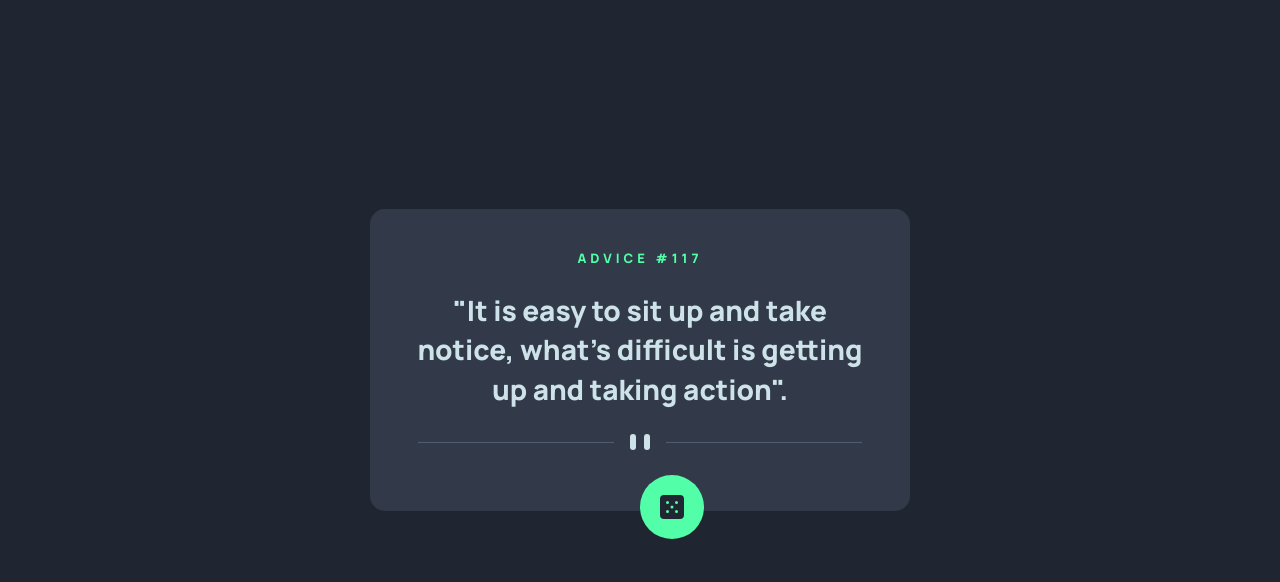
Repository: Daki-builds/advice-generator-app
Page: index.html
These files come from the project's save history. The page is drawn as it stood at one moment and after the next save; the edit follows.
The browser window is 1280 px wide. The pictures show the whole page.

Above is the page before, as saved 2026-10-08 19:50:36.

### index.html
<!DOCTYPE html>
<html lang="en">

<head>
  <meta charset="UTF-8">
  <meta name="viewport" content="width=device-width, initial-scale=1.0">
  <link rel="icon" type="image/png" sizes="32x32" href="./images/favicon-32x32.png">
  <link rel="preconnect" href="https://fonts.googleapis.com">
  <link rel="preconnect" href="https://fonts.gstatic.com" crossorigin>
  <link href="https://fonts.googleapis.com/css2?family=Manrope:wght@800&display=swap" rel="stylesheet">
  <link rel="stylesheet" href="style.css">
  <title>Frontend Mentor | Advice generator app</title>

</head>

<body>
  <main class="container">
    <h1>Advice #<span id="advice-id">117</span></h1>
    <p id="adviceText">"It is easy to sit up and take notice, what's difficult is getting up and taking action".</p>
    <div class="img-divider">
      <img src="./images/pattern-divider-desktop.svg" alt="divider">
    </div>
    <button id="adviceBtn"><img src="./images/icon-dice.svg" alt="dice">
    </button>
  </main>
</body>

</html>

### style.css
* {
  margin: 0;
  padding: 0;
  box-sizing: border-box;
}

:root {
  --blue-200: hsl(193, 38%, 86%);
  --green-300: hsl(150, 100%, 66%);
  --blue-600: hsl(217, 19%, 38%);
  --blue-900: hsl(217, 19%, 24%);
  --blue-950: hsl(218, 23%, 16%);

  --font-family: "Manrope", sans-serif;
  --font-weight: 800;
  --font-size: 28px;
}

body {
  font-family: var(--font-family);
  font-weight: var(--font-weight);
  background-color: var(--blue-950);
  color: var(--blue-200);
  display: flex;
  justify-content: center;
  padding: 24px;
  align-items: center;
  min-height: 100vh;
}

.container {
  position: relative;
  background-color: var(--blue-900);
  display: flex;
  flex-direction: column;
  align-items: center;
  gap: 24px;
  padding: 40px 24px 56px;
  width: 100%;
  max-width: 540px;
  border-radius: 15px;
  text-align: center;
}

h1 {
  font-size: 13px;
  letter-spacing: 4px;
  text-transform: uppercase;
  color: var(--green-300);
}

p {
  font-size: var(--font-size);
  line-height: 1.4;
  width: 96%;
  color: var(--blue-200);
}

.img-divider img {
  width: 100%;
}

button {
  position: absolute;
  bottom: -28px;
  left: 50%;
  /* transform: translateX(-50%); */
  display: flex;
  justify-content: center;
  align-items: center;

  width: 64px;
  height: 64px;
  border: none;
  border-radius: 50%;
  background-color: var(--green-300);
  cursor: pointer;
  transition: background-color 0.2s;
}

button:hover {
  background-color: hsl(150, 100%, 80%);
}

After the next save:
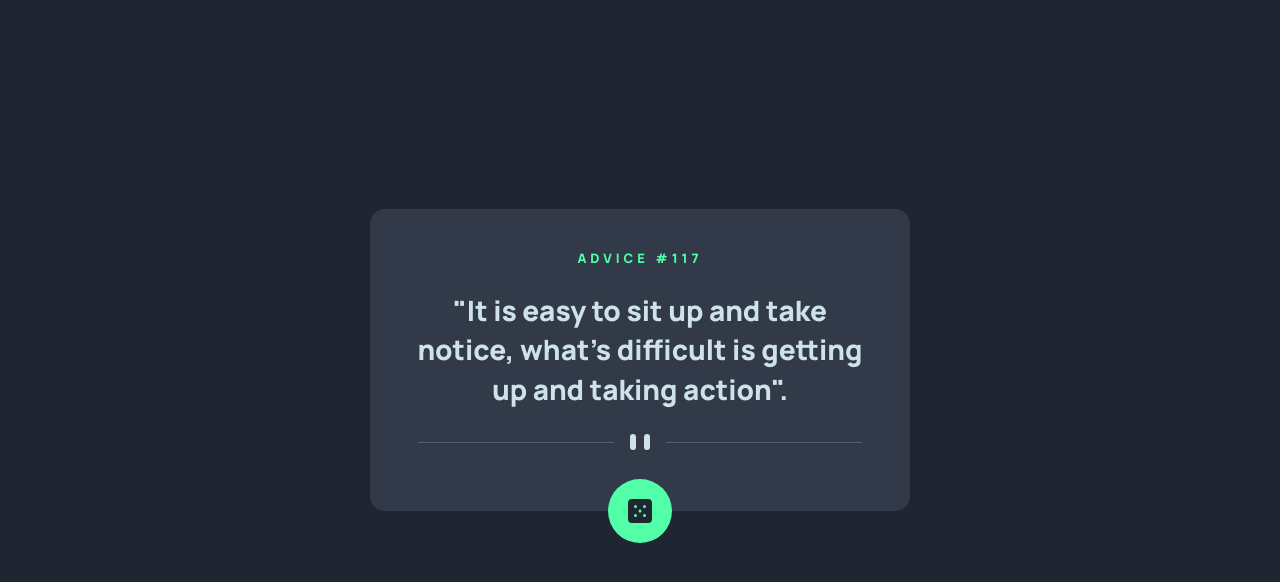
Saved 5 min 36 s later.
--- a/style.css
+++ b/style.css
@@ -62,9 +62,9 @@ p {
 
 button {
   position: absolute;
-  bottom: -28px;
+  bottom: -32px;
   left: 50%;
-  /* transform: translateX(-50%); */
+  transform: translateX(-50%);
   display: flex;
   justify-content: center;
   align-items: center;
